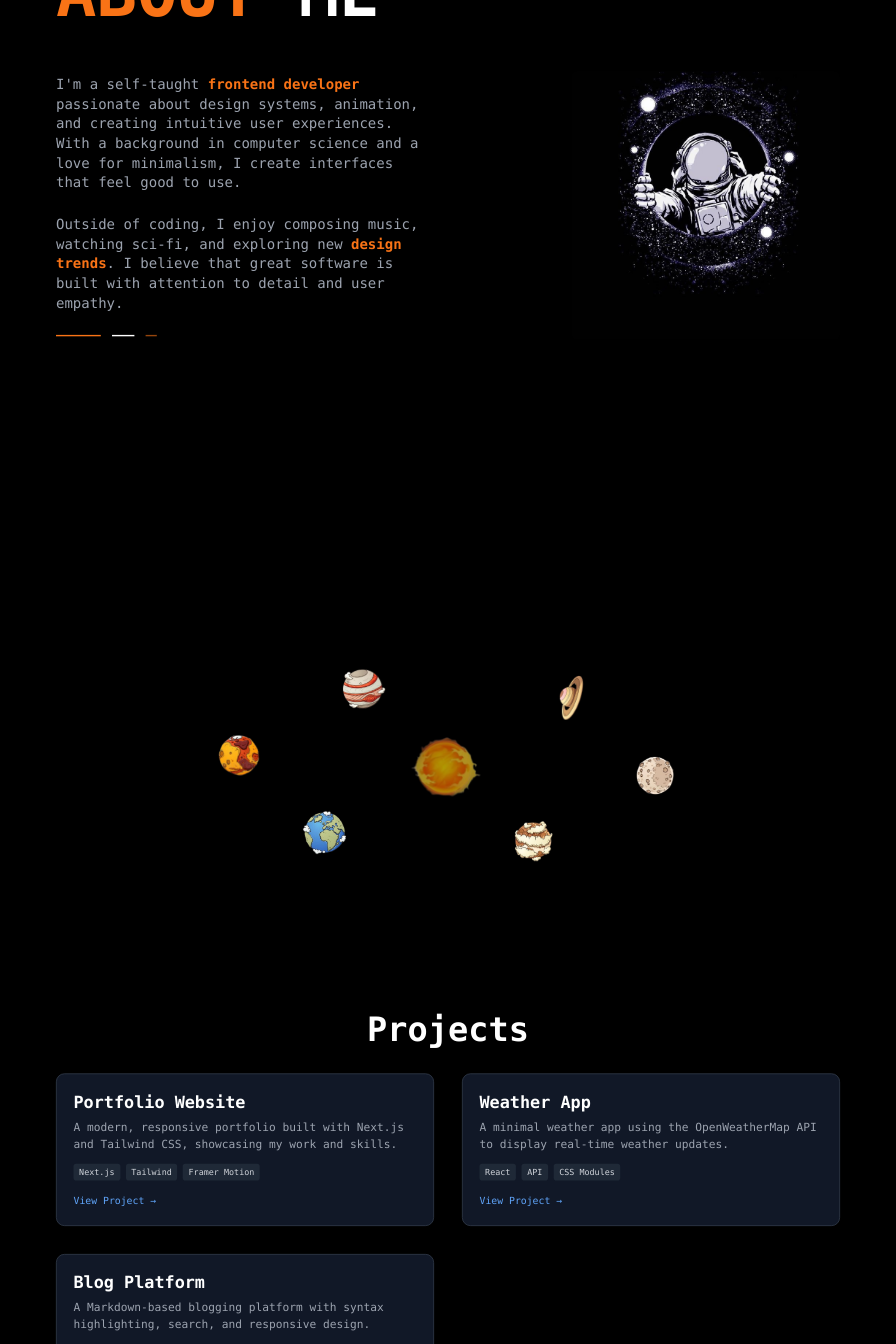
Repository: AnupriyaBiswas/Portfolio
Page: /
An editor plug-in stored every save of this project. The page is shown before and after the next save, followed by the edit.
The browser window is 1280 px wide. The pictures show the part of the page from y = 858 to 2778 px (the page is 4388 px tall), at 70% of full size.
The project was rebuilt for these pictures with package versions that can differ from the ones it lists, and the page was loaded fresh each time. Some packages were replaced by stand-ins written for this rebuild. The framework's server and built-in components were replaced by stand-ins that run in the browser. Also part of the build but not shown: next.config.js.

Above is the page before, as saved 2025-07-15 18:17:17.

### pages/_app.js
// D:\Programs\Projects\portfolio\pages\_app.js
import "../styles/globals.css";

export default function App({ Component, pageProps }) {
  return <Component {...pageProps} />;
}

### pages/index.js
// D:\Programs\Projects\portfolio\pages\index.js
import Head from "next/head";
import Main from "../components/Main";

export default function Home() {
  return (
    <>
      <Head>
        <title>Portfolio</title>
      </Head>
      <Main />
    </>
  );
}

### styles/globals.css
/* D:\Programs\Projects\portfolio\styles\globals.css */

@tailwind base;
@tailwind components;
@tailwind utilities;

/* Custom font (like Nevo uses) */
body {
  font-family: 'Fira Code', monospace;
  scroll-behavior: smooth;
  background-color: #000;
  color: #fff;
}

/* Scrollbar styling */
::-webkit-scrollbar {
  width: 8px;
}
::-webkit-scrollbar-thumb {
  background-color: #444;
  border-radius: 4px;
}
::-webkit-scrollbar-track {
  background-color: #111;
}

/* Anchor hover underline */
a {
  transition: color 0.3s ease;
}
a:hover {
  text-decoration: underline;
}

/* Smooth section animation */
section {
  transition: opacity 0.5s ease, transform 0.5s ease;
}

### components/Main.jsx
// D:\Programs\Projects\portfolio\components\Main.jsx
import React from "react";
import Hero from "./Hero";
import About from "./About";
import Skills from "./Skills";
import Projects from "./Projects";
import Research from "./Research";
import Contact from "./Contact";

const Main = () => {
  return (
    <main className="w-full h-full scroll-smooth">
      <Hero />
      <About />
      <Skills />
      <Projects />
      <Research />
      <Contact />
    </main>
  );
};

export default Main;

### components/Hero.jsx
import React, { useEffect, useState } from "react";

const Hero = () => {
  const [stars, setStars] = useState([]);

  useEffect(() => {
    // Generate random stars
    const generateStars = () => {
      const newStars = [];
      for (let i = 0; i < 150; i++) {
        newStars.push({
          id: i,
          x: Math.random() * 100,
          y: Math.random() * 100,
          size: Math.random() * 3 + 1,
          opacity: Math.random() * 0.8 + 0.2,
          animationDelay: Math.random() * 3,
        });
      }
      setStars(newStars);
    };

    generateStars();
  }, []);

  return (
    <section
      id="hero"
      className="min-h-screen flex items-center justify-between px-4 md:px-16 bg-black text-white relative overflow-hidden"
    >
      {/* Animated Stars Background */}
      <div className="absolute inset-0 overflow-hidden z-20">
        {stars.map((star) => (
          <div
            key={star.id}
            className="absolute rounded-full bg-white"
            style={{
              left: `${star.x}%`,
              top: `${star.y}%`,
              width: `${star.size}px`,
              height: `${star.size}px`,
              opacity: star.opacity,
              animation: `fall ${15 + Math.random() * 10}s linear infinite`,
              animationDelay: `${star.animationDelay}s`,
            }}
          />
        ))}
      </div>

      {/* Add keyframe animations */}
      <style jsx>{`
        @keyframes fall {
          0% {
            transform: translateY(-100vh);
          }
          100% {
            transform: translateY(100vh);
          }
        }

        @keyframes floatUp {
          0% {
            transform: translateY(100vh) rotate(0deg);
          }
          10% {
            transform: translateY(85vh) rotate(1deg);
          }
          30% {
            transform: translateY(50vh) rotate(1.5deg);
          }
          40% {
            transform: translateY(35vh) rotate(-1deg);
          }
          50% {
            transform: translateY(20vh) rotate(0.5deg);
          }
          60% {
            transform: translateY(10vh) rotate(-1.5deg);
          }
          70% {
            transform: translateY(-5vh) rotate(1deg);
          }
          80% {
            transform: translateY(-20vh) rotate(-0.5deg);
          }
          90% {
            transform: translateY(-100vh) rotate(0deg);
          }
          100% {
            transform: translateY(-100vh) rotate(0deg);
          }
        }
      `}</style>

      {/* Hamburger Menu */}
      <div className="absolute top-6 right-6 z-50">
        <button className="flex flex-col space-y-1 cursor-pointer">
          <div className="w-6 h-0.5 bg-white"></div>
          <div className="w-6 h-0.5 bg-white"></div>
          <div className="w-6 h-0.5 bg-white"></div>
        </button>
      </div>

      {/* Left Side - Main Content */}
      <div className="flex-1 max-w-3xl z-10">
        <h1 className="text-6xl md:text-8xl font-bold leading-tight mb-8">
          <span className="text-orange-500">FRONTEND</span>
          <br />
          <span className="text-white">DEVELOPER</span>
        </h1>

        <p className="text-gray-400 text-lg md:text-xl mb-8 max-w-2xl leading-relaxed">
          Hi I'm Ahmed also known as NEVO. A Frontend Developer with
          hands-on experience through building high-performance, scalable,
          and responsive web solutions.
        </p>

        <button className="bg-orange-500 hover:bg-orange-600 text-white px-8 py-4 rounded-none font-semibold text-lg tracking-wider transition-colors duration-300">
          RESUME
        </button>
      </div>

      {/* Right Side - Image */}
      <div className="hidden lg:block flex-1 max-w-md z-10 flex justify-end items-end pr-0 pb-16">
        <img
          src="/assets/with_balloons.png"
          alt="With Balloons"
          className="max-w-full object-contain"
          style={{
            height: '50vh',
            animation: 'floatUp 30s ease-in-out infinite'
          }}
        />
      </div>


      {/* Decorative Elements */}
      <div className="absolute top-20 right-20 w-2 h-2 bg-orange-500 rounded-full animate-pulse"></div>
      <div className="absolute bottom-32 left-32 w-1 h-1 bg-white rounded-full animate-pulse"></div>
      <div className="absolute top-1/3 left-1/4 w-1.5 h-1.5 bg-orange-500 rounded-full animate-pulse"></div>
    </section>
  );
};

export default Hero;

### components/About.jsx
import React, { useEffect, useRef, useState } from "react";

const About = () => {
  const [isVisible, setIsVisible] = useState(false);
  const sectionRef = useRef(null);

  useEffect(() => {
    const observer = new IntersectionObserver(
      ([entry]) => {
        if (entry.isIntersecting) {
          setIsVisible(true);
        }
      },
      {
        threshold: 0.3,
        rootMargin: "0px 0px -100px 0px"
      }
    );

    if (sectionRef.current) {
      observer.observe(sectionRef.current);
    }

    return () => {
      if (sectionRef.current) {
        observer.unobserve(sectionRef.current);
      }
    };
  }, []);

  // Generate stars for background animation
  const generateStars = () => {
    const stars = [];
    for (let i = 0; i < 150; i++) {
      const size = Math.random() * 3 + 1; // 1-4px
      const opacity = Math.random() * 0.8 + 0.2; // 0.2-1.0
      const duration = Math.random() * 10 + 15; // 15-25 seconds
      const delay = Math.random() * duration;
      const left = Math.random() * 100;

      stars.push(
        <div
          key={i}
          className="absolute w-1 h-1 bg-white rounded-full animate-pulse"
          style={{
            width: `${size}px`,
            height: `${size}px`,
            left: `${left}%`,
            opacity: opacity,
            animation: `starFall ${duration}s linear ${delay}s infinite, twinkle 3s ease-in-out infinite`,
            animationDelay: `${delay}s, ${Math.random() * 3}s`
          }}
        />
      );
    }
    return stars;
  };

  return (
    <>
      <style jsx>{`
        @keyframes starFall {
          0% {
            transform: translateY(-100vh);
          }
          100% {
            transform: translateY(100vh);
          }
        }

        @keyframes twinkle {
          0%, 100% {
            opacity: 0.2;
          }
          50% {
            opacity: 1;
          }
        }
      `}</style>

      <section
        ref={sectionRef}
        id="about"
        className="min-h-screen flex flex-col justify-center items-center px-4 md:px-20 py-20 bg-black text-white relative overflow-hidden"
      >
        {/* Animated Stars Background */}
        <div className="absolute inset-0 pointer-events-none">
          {generateStars()}
        </div>

        <div className="relative z-10 max-w-6xl w-full">
          {/* Animated heading */}
          <h2
            className={`text-5xl md:text-7xl lg:text-8xl font-bold mb-16 text-left transition-all duration-1000 ease-out ${
              isVisible
                ? 'opacity-100 translate-y-0'
                : 'opacity-0 translate-y-8'
            }`}
            style={{
              transitionDelay: isVisible ? '0.2s' : '0s'
            }}
          >
            <span className="text-orange-500">ABOUT</span>{' '}
            <span className="text-white">ME</span>
          </h2>

          {/* Main content grid */}
          <div className="grid grid-cols-1 lg:grid-cols-2 gap-16 items-center">
            {/* Text content */}
            <div className="space-y-8">
              <p
                className={`text-lg md:text-xl text-gray-400 leading-relaxed text-left transition-all duration-1000 ease-out ${
                  isVisible
                    ? 'opacity-100 translate-y-0'
                    : 'opacity-0 translate-y-8'
                }`}
                style={{
                  transitionDelay: isVisible ? '0.4s' : '0s'
                }}
              >
                I'm a self-taught <span className="text-orange-500 font-semibold">frontend developer</span> passionate about design systems,
                animation, and creating intuitive user experiences. With a background
                in computer science and a love for minimalism, I create interfaces
                that feel good to use.
              </p>

              <p
                className={`text-lg md:text-xl text-gray-400 leading-relaxed text-left transition-all duration-1000 ease-out ${
                  isVisible
                    ? 'opacity-100 translate-y-0'
                    : 'opacity-0 translate-y-8'
                }`}
                style={{
                  transitionDelay: isVisible ? '0.6s' : '0s'
                }}
              >
                Outside of coding, I enjoy composing music, watching sci-fi, and
                exploring new <span className="text-orange-500 font-semibold">design trends</span>. I believe that great
                software is built with attention to detail and user empathy.
              </p>

              {/* Animated decorative elements */}
              <div className="flex items-center mt-6">
                <div
                  className={`w-16 h-0.5 bg-orange-500 mr-4 transition-all duration-1000 ease-out ${
                    isVisible
                      ? 'opacity-100 scale-x-100'
                      : 'opacity-0 scale-x-0'
                  }`}
                  style={{
                    transitionDelay: isVisible ? '0.8s' : '0s'
                  }}
                ></div>
                <div
                  className={`w-8 h-0.5 bg-white mr-4 transition-all duration-1000 ease-out ${
                    isVisible
                      ? 'opacity-100 scale-x-100'
                      : 'opacity-0 scale-x-0'
                  }`}
                  style={{
                    transitionDelay: isVisible ? '1.0s' : '0s'
                  }}
                ></div>
                <div
                  className={`w-4 h-0.5 bg-orange-500/60 transition-all duration-1000 ease-out ${
                    isVisible
                      ? 'opacity-100 scale-x-100'
                      : 'opacity-0 scale-x-0'
                  }`}
                  style={{
                    transitionDelay: isVisible ? '1.2s' : '0s'
                  }}
                ></div>
              </div>


            </div>

            {/* Image */}
            <div
              className={`flex justify-center lg:justify-end transition-all duration-1000 ease-out ${
                isVisible
                  ? 'opacity-100 translate-y-0'
                  : 'opacity-0 translate-y-8'
              }`}
              style={{
                transitionDelay: isVisible ? '1.4s' : '0s'
              }}
            >
              <div className="relative">
                <img
                  src="/assets/about.jpg"
                  alt="About me"
                  className="w-80 h-80 lg:w-96 lg:h-96 object-cover rounded-lg shadow-2xl"
                />
              </div>
            </div>
          </div>

          {/* Animated decorative elements */}
          <div className="mt-20 flex items-center justify-center lg:justify-start">
          </div>
        </div>
      </section>
    </>
  );
};

export default About;

### components/Skills.jsx
import React, { useEffect, useRef, useState } from "react";

const skillsData = {
  "FRONTEND": {
    skills: ["HTML", "CSS", "JavaScript", "TypeScript", "React", "Tailwind CSS", "Bootstrap", "SASS"],
    color: "from-blue-500 to-cyan-400",
    icon: "skill1.png",
    angle: 0
  },
  "BACKEND": {
    skills: ["Python", "Java", "Node.js", "REST APIs", "Flask", "C/C++"],
    color: "from-green-500 to-emerald-400",
    icon: "skill2.png",
    angle: 60
  },
  "AI / ML": {
    skills: ["Machine Learning", "TensorFlow", "PyTorch", "Keras", "OpenCV", "NumPy", "Pandas", "Scikit-learn"],
    color: "from-purple-500 to-pink-400",
    icon: "skill3.png",
    angle: 120
  },
  "DATABASE": {
    skills: ["MySQL", "MongoDB", "PostgreSQL", "Firebase"],
    color: "from-orange-500 to-red-400",
    icon: "skill4.png",
    angle: 180
  },
  "TOOLS": {
    skills: ["Git", "GitHub", "VS Code", "Android Studio", "Jupyter Notebook", "WordPress"],
    color: "from-indigo-500 to-purple-400",
    icon: "skill5.png",
    angle: 240
  },
  "SYSTEMS": {
    skills: ["Linux (Ubuntu)", "Windows", "Android", "Data Structures", "Algorithms", "OOP"],
    color: "from-teal-500 to-cyan-400",
    icon: "skill6.png",
    angle: 300
  }
};

const Skills = () => {
  const [rotation, setRotation] = useState(0);
  const sectionRef = useRef(null);

  useEffect(() => {
    const interval = setInterval(() => {
      setRotation((prev) => prev + 0.05); // slower orbit
    }, 50);
    return () => clearInterval(interval);
  }, []);

  return (
    <section
      ref={sectionRef}
      id="skills"
      className="min-h-screen pt-44 relative flex items-center justify-center overflow-hidden bg-black text-white"
    >
      {/* Background stars */}
      <div className="absolute inset-0 -z-10">
        {[...Array(100)].map((_, i) => (
          <div
            key={i}
            className="absolute w-[2px] h-[2px] bg-white rounded-full opacity-50"
            style={{
              top: `${Math.random() * 100}%`,
              left: `${Math.random() * 100}%`,
              animation: `twinkle ${2 + Math.random() * 3}s infinite ease-in-out`,
            }}
          ></div>
        ))}
      </div>

      {/* Central Star */}
      <img
        src="assets/star.png"
        alt="Central Star"
        className="absolute w-32 h-32 z-20 object-contain animate-pulse"
      />

      {/* Planets in Orbit */}
      {Object.entries(skillsData).map(([category, data], index) => {
        const radiusX = 300; // wider horizontal orbit
        const radiusY = 120; // narrower vertical orbit
        const angle = ((data.angle + rotation) * Math.PI) / 180;

        const x = Math.cos(angle) * radiusX;
        const y = Math.sin(angle) * radiusY;

        return (
          <div
            key={category}
            className="absolute transition-transform duration-300"
            style={{
              transform: `translate(${x}px, ${y}px)`
            }}
          >
            <img
              src={`assets/${data.icon}`}
              alt={category}
              className="w-16 h-16 object-contain hover:scale-110 transition-transform duration-300"
              title={category}
            />
          </div>
        );
      })}
    </section>
  );
};

export default Skills;

### components/Projects.jsx
// D:\Programs\Projects\portfolio\components\Projects.jsx
import React from "react";

const projects = [
  {
    title: "Portfolio Website",
    description:
      "A modern, responsive portfolio built with Next.js and Tailwind CSS, showcasing my work and skills.",
    tech: ["Next.js", "Tailwind", "Framer Motion"],
    link: "https://github.com/nevo/portfolio",
  },
  {
    title: "Weather App",
    description:
      "A minimal weather app using the OpenWeatherMap API to display real-time weather updates.",
    tech: ["React", "API", "CSS Modules"],
    link: "https://github.com/nevo/weather-app",
  },
  {
    title: "Blog Platform",
    description:
      "A Markdown-based blogging platform with syntax highlighting, search, and responsive design.",
    tech: ["Next.js", "MDX", "Tailwind"],
    link: "https://github.com/nevo/blog-platform",
  },
];

const Projects = () => {
  return (
    <section
      id="projects"
      className="min-h-screen flex flex-col justify-center items-center px-4 md:px-20 py-20 bg-black text-white"
    >
      <h2 className="text-3xl md:text-5xl font-bold mb-10 text-center">
        Projects
      </h2>
      <div className="grid gap-10 md:grid-cols-2">
        {projects.map((project, idx) => (
          <div
            key={idx}
            className="bg-gray-900 p-6 rounded-xl border border-gray-700 hover:shadow-lg transition"
          >
            <h3 className="text-2xl font-semibold mb-2">{project.title}</h3>
            <p className="text-gray-400 mb-4">{project.description}</p>
            <div className="flex flex-wrap gap-2 mb-4">
              {project.tech.map((tech, i) => (
                <span
                  key={i}
                  className="text-xs bg-gray-800 text-gray-300 px-2 py-1 rounded"
                >
                  {tech}
                </span>
              ))}
            </div>
            <a
              href={project.link}
              target="_blank"
              rel="noopener noreferrer"
              className="text-blue-400 hover:underline text-sm"
            >
              View Project →
            </a>
          </div>
        ))}
      </div>
    </section>
  );
};

export default Projects;

### components/Research.jsx
// D:\Programs\Projects\portfolio\components\Research.jsx
import React from "react";

const researchItems = [
  {
    title: "Optimizing Neural Interfaces for Real-time Processing",
    summary:
      "A deep learning-based approach to improve latency and accuracy in neural interfaces for prosthetic control.",
    link: "https://example.com/research/neural-interfaces",
  },
  {
    title: "Human Gait Analysis using Multimodal Sensors",
    summary:
      "Research focusing on using EMG and IMU data fusion to differentiate gait patterns in Parkinson's disease.",
    link: "https://example.com/research/gait-analysis",
  },
];

const Research = () => {
  return (
    <section
      id="research"
      className="min-h-screen flex flex-col justify-center items-center px-4 md:px-20 py-20 bg-gray-900 text-white"
    >
      <h2 className="text-3xl md:text-5xl font-bold mb-10 text-center">
        Research
      </h2>
      <div className="grid gap-10 max-w-4xl">
        {researchItems.map((item, index) => (
          <div
            key={index}
            className="bg-gray-800 p-6 rounded-xl border border-gray-700 hover:shadow-lg transition"
          >
            <h3 className="text-2xl font-semibold mb-2">{item.title}</h3>
            <p className="text-gray-400 mb-4">{item.summary}</p>
            <a
              href={item.link}
              target="_blank"
              rel="noopener noreferrer"
              className="text-blue-400 hover:underline text-sm"
            >
              View Research →
            </a>
          </div>
        ))}
      </div>
    </section>
  );
};

export default Research;

### components/Contact.jsx
import React from "react";
import { Activity, Mail } from "lucide-react";

const Contact = () => {
  return (
    <section
      id="contact"
      className="min-h-screen flex flex-col justify-center items-center px-4 md:px-20 py-20 bg-black text-white"
    >
      <h2 className="text-3xl md:text-5xl font-bold mb-10 text-center">
        Contact Me
      </h2>
      <p className="text-lg text-gray-400 mb-8 text-center max-w-xl">
        I'm always open to discussing new projects, creative ideas, or
        opportunities to be part of your visions. Feel free to reach out!
      </p>
      <div className="flex gap-6 mt-4 text-gray-400">
        <a
          href="mailto:youremail@example.com"
          className="hover:text-white transition"
          aria-label="Email"
        >
          <Mail size={28} />
        </a>
        <a
          href="https://github.com/yourgithub"
          target="_blank"
          rel="noopener noreferrer"
          className="hover:text-white transition"
          aria-label="GitHub"
        >
          <Activity size={28} />
        </a>
        <a
          href="https://linkedin.com/in/yourlinkedin"
          target="_blank"
          rel="noopener noreferrer"
          className="hover:text-white transition"
          aria-label="LinkedIn"
        >
          <Activity size={28} />
        </a>
      </div>
    </section>
  );
};

export default Contact;

### tailwind.config.js
/** @type {import('tailwindcss').Config} */
// tailwind.config.js
module.exports = {
  content: [
    "./pages/**/*.{js,ts,jsx,tsx}",
    "./components/**/*.{js,ts,jsx,tsx}",
  ],
  theme: {
    extend: {
      fontFamily: {
        sans: ["Sora", "sans-serif"], // default font
        sora: ["Sora", "sans-serif"],
      },
    },
  },
  plugins: [],
};

Loaded but not shown: pages/_document.js (22 lines, source omitted)

After the next save:
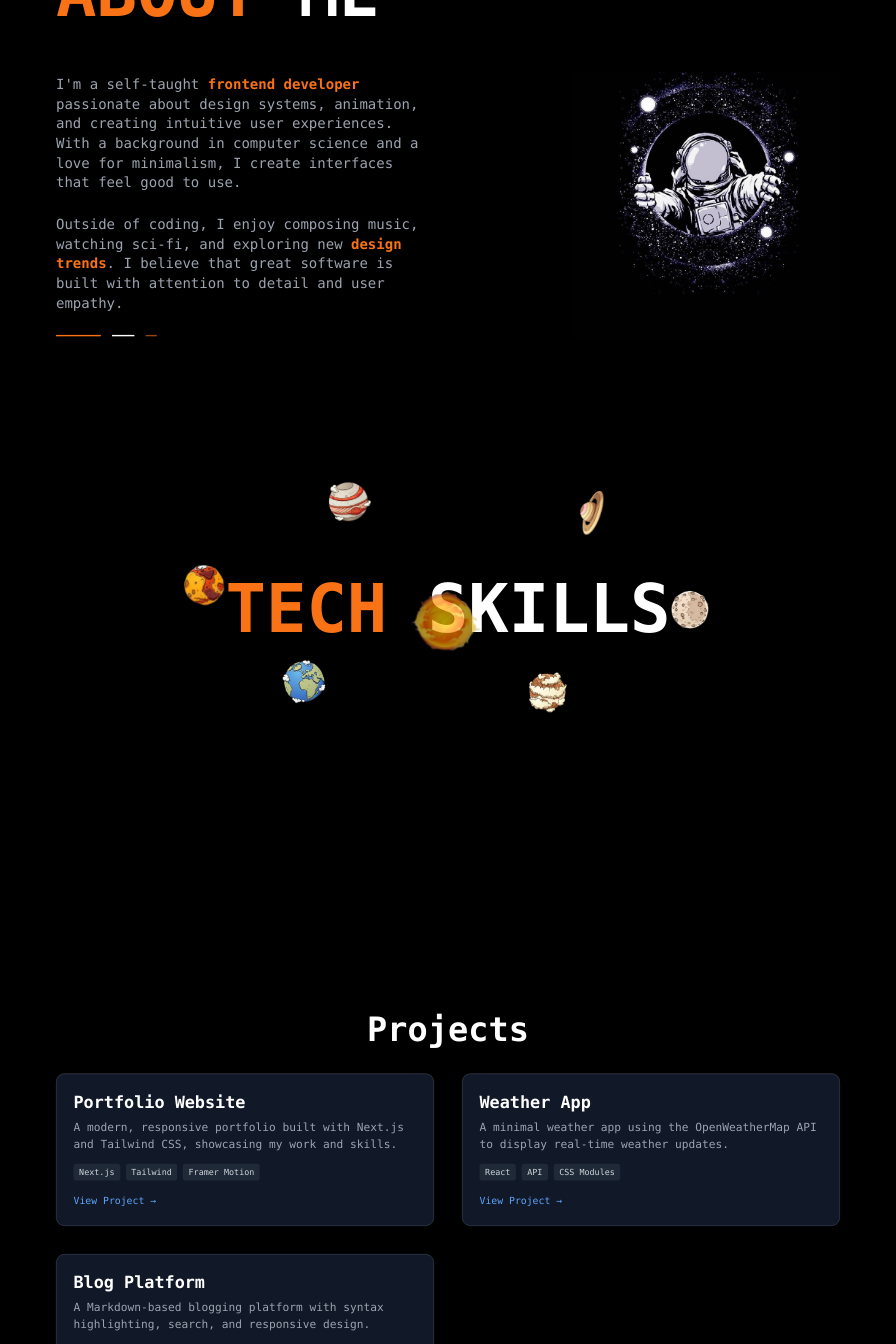
Saved 87 s later.
--- a/components/Skills.jsx
+++ b/components/Skills.jsx
@@ -54,8 +54,14 @@ const Skills = () => {
     <section
       ref={sectionRef}
       id="skills"
-      className="min-h-screen pt-44 relative flex items-center justify-center overflow-hidden bg-black text-white"
+      className="min-h-screen pt-44 pb-32 relative flex flex-col items-center justify-start overflow-hidden bg-black text-white"
     >
+      {/* Heading */}
+      <h2 className="text-5xl md:text-7xl lg:text-8xl font-bold mb-16 text-center">
+        <span className="text-orange-500">TECH</span>{" "}
+        <span className="text-white">SKILLS</span>
+      </h2>
+
       {/* Background stars */}
       <div className="absolute inset-0 -z-10">
         {[...Array(100)].map((_, i) => (
@@ -80,8 +86,8 @@ const Skills = () => {
 
       {/* Planets in Orbit */}
       {Object.entries(skillsData).map(([category, data], index) => {
-        const radiusX = 300; // wider horizontal orbit
-        const radiusY = 120; // narrower vertical orbit
+        const radiusX = 350; // increased spread horizontally
+        const radiusY = 150; // slightly wider vertically too
         const angle = ((data.angle + rotation) * Math.PI) / 180;
 
         const x = Math.cos(angle) * radiusX;
